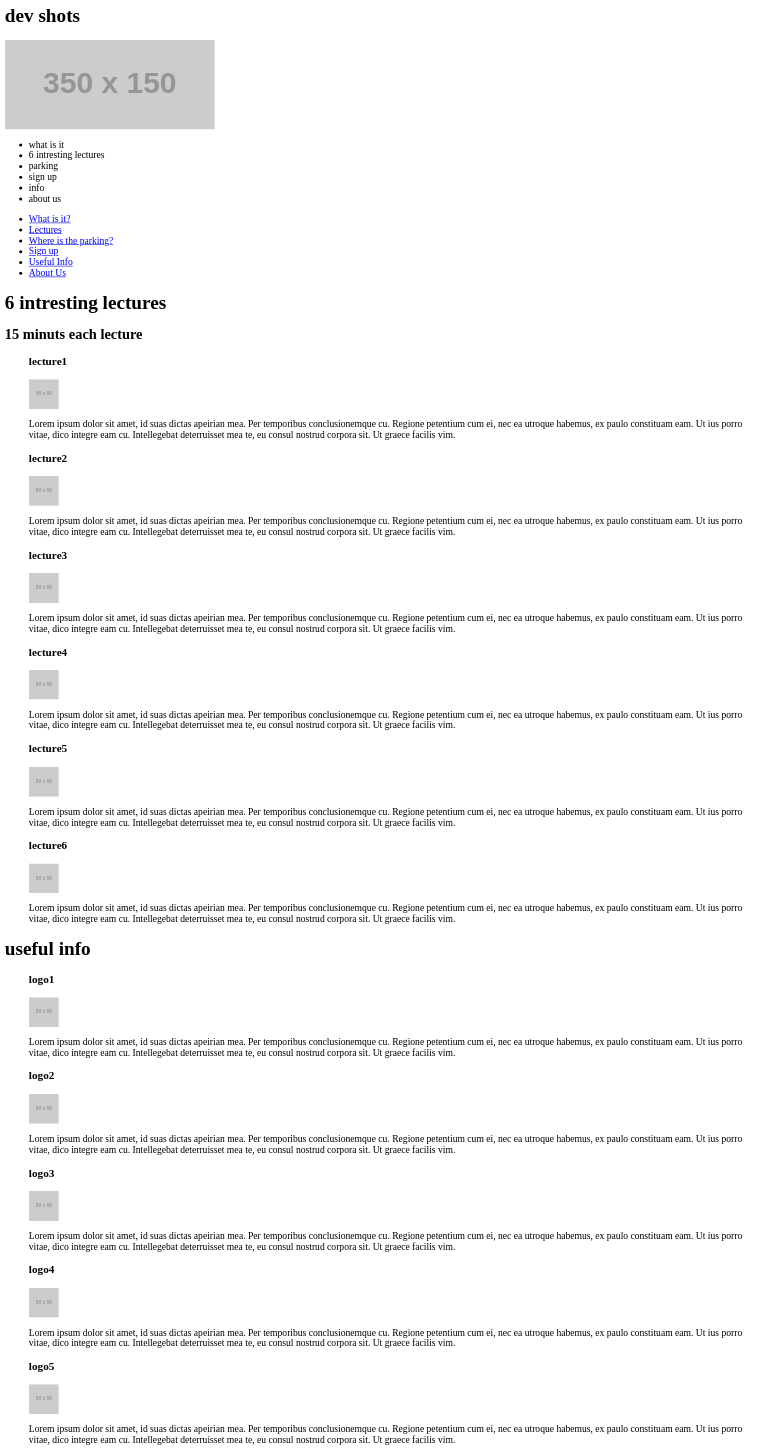
Repository: innaplx/exercises-devshots-html4-part1
Page: index.html
These files come from the project's save history. The page is drawn as it stood at one moment and after the next save; the edit follows.
The browser window is 1280 px wide. The pictures show the whole page, at 60% of full size.

Above is the page before, as saved 2018-08-17 20:19:03.

### index.html
<html>
    <head>
        <h1>dev shots</h1>
        <a href="https://placeholder.com"><img src="https://via.placeholder.com/350x150"></a>




    </head>

    <body>
            <ul>
                    <li><a herf="#">what is it</a></li>
                    <li><a herf="#">6 intresting lectures</a></li>
                    <li><a herf="#">parking</a></li>
                    <li><a herf="#">sign up</a></li>
                    <li><a herf="#">info</a></li>
                    <li><a herf="#">about us</a></li>
                </ul>

            <ul>
                    <li><a href="#">What is it?</a></li>
                    <li><a href="#">Lectures</a></li>
                    <li><a href="#">Where is the parking?</a></li>
                    <li><a href="#">Sign up</a></li>
                    <li><a href="#">Useful Info</a></li>
                    <li><a href="#">About Us</a></li>
                </ul>



        <h1>6 intresting lectures</h1>
        <h2>15 minuts each lecture</h2>

            <ul>
                <il>
                <h3>lecture1</h3>
                <a href="https://placeholder.com"><img src="https://via.placeholder.com/50x50"></a>
                <p>Lorem ipsum dolor sit amet, id suas dictas apeirian mea. Per temporibus conclusionemque cu. Regione petentium cum ei, nec ea utroque habemus, ex paulo constituam eam. Ut ius porro vitae, dico integre eam cu. Intellegebat deterruisset mea te, eu consul nostrud corpora sit. Ut graece facilis vim.</p>
                </il>

                <il>
                        <h3>lecture2</h3>
                        <a href="https://placeholder.com"><img src="https://via.placeholder.com/50x50"></a>
                        <p>Lorem ipsum dolor sit amet, id suas dictas apeirian mea. Per temporibus conclusionemque cu. Regione petentium cum ei, nec ea utroque habemus, ex paulo constituam eam. Ut ius porro vitae, dico integre eam cu. Intellegebat deterruisset mea te, eu consul nostrud corpora sit. Ut graece facilis vim.</p>
                        </il>
                        <il>
                                <h3>lecture3</h3>
                                <a href="https://placeholder.com"><img src="https://via.placeholder.com/50x50"></a>
                                <p>Lorem ipsum dolor sit amet, id suas dictas apeirian mea. Per temporibus conclusionemque cu. Regione petentium cum ei, nec ea utroque habemus, ex paulo constituam eam. Ut ius porro vitae, dico integre eam cu. Intellegebat deterruisset mea te, eu consul nostrud corpora sit. Ut graece facilis vim.</p>
                                </il>
                                <il>
                                        <h3>lecture4</h3>
                                        <a href="https://placeholder.com"><img src="https://via.placeholder.com/50x50"></a>
                                        <p>Lorem ipsum dolor sit amet, id suas dictas apeirian mea. Per temporibus conclusionemque cu. Regione petentium cum ei, nec ea utroque habemus, ex paulo constituam eam. Ut ius porro vitae, dico integre eam cu. Intellegebat deterruisset mea te, eu consul nostrud corpora sit. Ut graece facilis vim.</p>
                                        </il>
                                        <il>
                                                <h3>lecture5</h3>
                                                <a href="https://placeholder.com"><img src="https://via.placeholder.com/50x50"></a>
                                                <p>Lorem ipsum dolor sit amet, id suas dictas apeirian mea. Per temporibus conclusionemque cu. Regione petentium cum ei, nec ea utroque habemus, ex paulo constituam eam. Ut ius porro vitae, dico integre eam cu. Intellegebat deterruisset mea te, eu consul nostrud corpora sit. Ut graece facilis vim.</p>
                                                </il>
                                                <il>
                                                        <h3>lecture6</h3>
                                                        <a href="https://placeholder.com"><img src="https://via.placeholder.com/50x50"></a>
                                                        <p>Lorem ipsum dolor sit amet, id suas dictas apeirian mea. Per temporibus conclusionemque cu. Regione petentium cum ei, nec ea utroque habemus, ex paulo constituam eam. Ut ius porro vitae, dico integre eam cu. Intellegebat deterruisset mea te, eu consul nostrud corpora sit. Ut graece facilis vim.</p>
                                                        </il>
            </ul>

            <h1>useful info</h1>
            <ul>
                    <il>
                    <h3>logo1</h3>
                    <a href="https://placeholder.com"><img src="https://via.placeholder.com/50x50"></a>
                    <p>Lorem ipsum dolor sit amet, id suas dictas apeirian mea. Per temporibus conclusionemque cu. Regione petentium cum ei, nec ea utroque habemus, ex paulo constituam eam. Ut ius porro vitae, dico integre eam cu. Intellegebat deterruisset mea te, eu consul nostrud corpora sit. Ut graece facilis vim.</p>
                    </il>

                    <il>
                            <h3>logo2</h3>
                            <a href="https://placeholder.com"><img src="https://via.placeholder.com/50x50"></a>
                            <p>Lorem ipsum dolor sit amet, id suas dictas apeirian mea. Per temporibus conclusionemque cu. Regione petentium cum ei, nec ea utroque habemus, ex paulo constituam eam. Ut ius porro vitae, dico integre eam cu. Intellegebat deterruisset mea te, eu consul nostrud corpora sit. Ut graece facilis vim.</p>
                            </il>
                            <il>
                                    <h3>logo3</h3>
                                    <a href="https://placeholder.com"><img src="https://via.placeholder.com/50x50"></a>
                                    <p>Lorem ipsum dolor sit amet, id suas dictas apeirian mea. Per temporibus conclusionemque cu. Regione petentium cum ei, nec ea utroque habemus, ex paulo constituam eam. Ut ius porro vitae, dico integre eam cu. Intellegebat deterruisset mea te, eu consul nostrud corpora sit. Ut graece facilis vim.</p>
                                    </il>
                                    <il>
                                            <h3>logo4</h3>
                                            <a href="https://placeholder.com"><img src="https://via.placeholder.com/50x50"></a>
                                            <p>Lorem ipsum dolor sit amet, id suas dictas apeirian mea. Per temporibus conclusionemque cu. Regione petentium cum ei, nec ea utroque habemus, ex paulo constituam eam. Ut ius porro vitae, dico integre eam cu. Intellegebat deterruisset mea te, eu consul nostrud corpora sit. Ut graece facilis vim.</p>
                                            </il>
                                            <il>
                                                    <h3>logo5</h3>
                                                    <a href="https://placeholder.com"><img src="https://via.placeholder.com/50x50"></a>
                                                    <p>Lorem ipsum dolor sit amet, id suas dictas apeirian mea. Per temporibus conclusionemque cu. Regione petentium cum ei, nec ea utroque habemus, ex paulo constituam eam. Ut ius porro vitae, dico integre eam cu. Intellegebat deterruisset mea te, eu consul nostrud corpora sit. Ut graece facilis vim.</p>
                                                    </il>

                </ul>

    </body>
























</html>

After the next save:
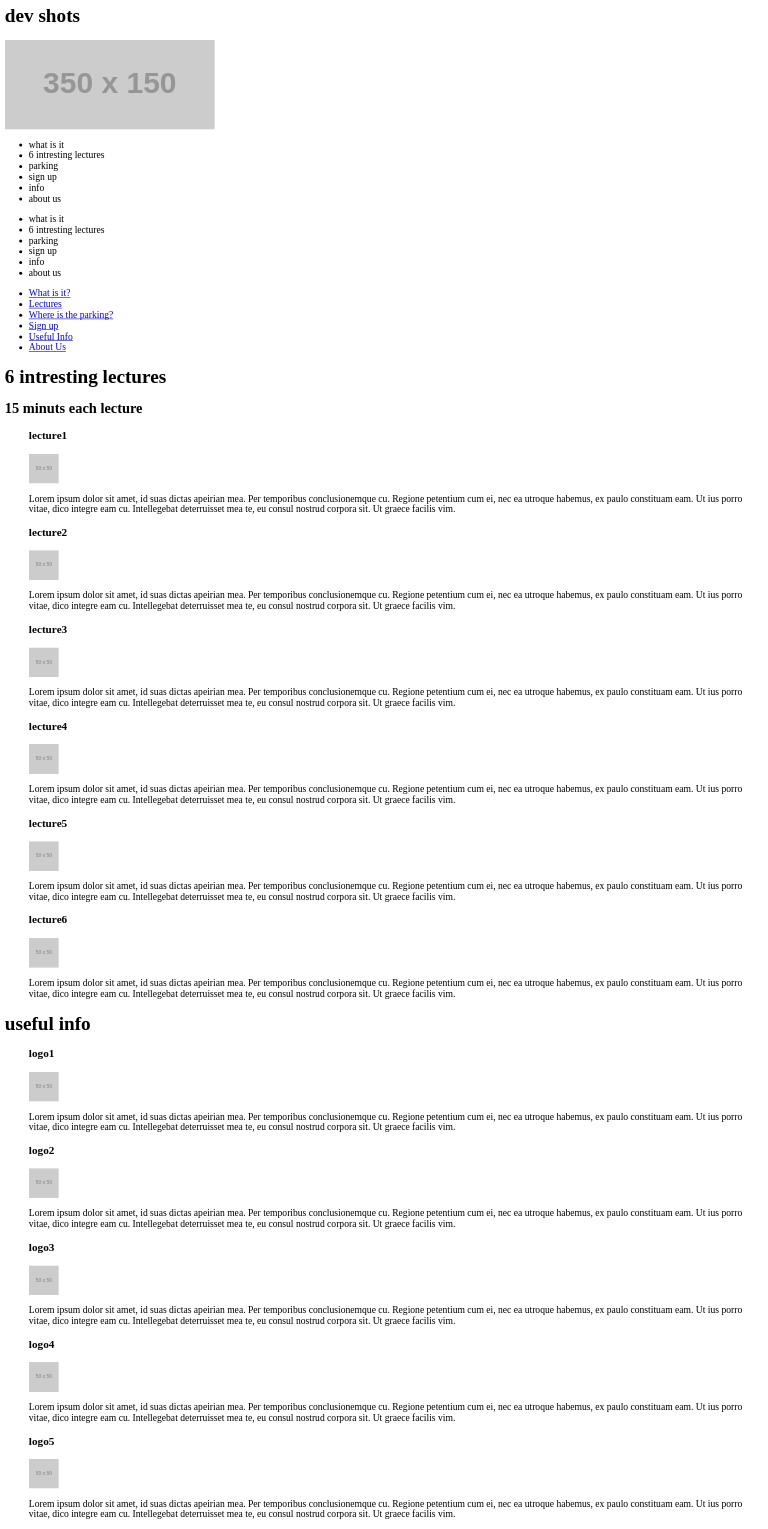
Saved 69 s later.
--- a/index.html
+++ b/index.html
@@ -18,6 +18,14 @@
                     <li><a herf="#">about us</a></li>
                 </ul>
 
+                <ul>
+                        <li><a herf="#">what is it</a></li>
+                        <li><a herf="#">6 intresting lectures</a></li>
+                        <li><a herf="#">parking</a></li>
+                        <li><a herf="#">sign up</a></li>
+                        <li><a herf="#">info</a></li>
+                        <li><a herf="#">about us</a></li>
+                    </ul>
             <ul>
                     <li><a href="#">What is it?</a></li>
                     <li><a href="#">Lectures</a></li>
